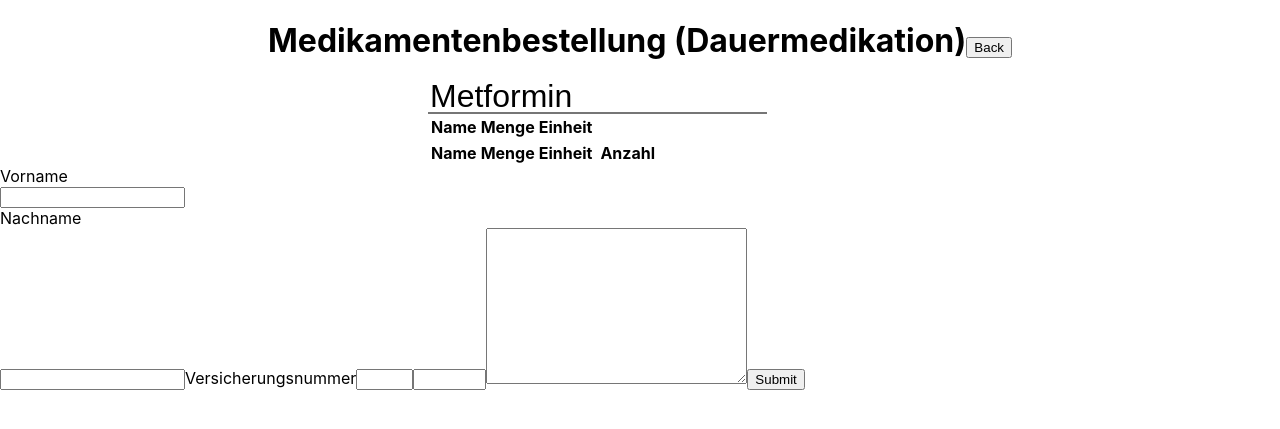
Repository: Esatollah/MedDemo
Page: / (app in client/)
The author's editor kept a copy of each file at every save. The page is drawn from the files as they stood at one save, then again after the next save.
The browser window is 1280 px wide. The pictures show the whole page.
The page's requests for data from a server got no answer. The project was rebuilt for these pictures with package versions that can differ from the ones it lists, and the page was loaded fresh each time. No one was signed in, and anything a server would have sent is missing. Also part of the build but not shown: client/src/App.css, client/src/Routes/Bestellungen.jsx.

Above is the page before, as saved 2022-06-08 16:50:01.

### client/src/App.js
import './App.css';
import SearchBar from './Routes/Search';
import {BrowserRouter, Routes, Route} from 'react-router-dom'
import Bestellungen from './Routes/Bestellungen';
import ReactModal from 'react-modal';

ReactModal.setAppElement('#root')
function App() {
  return (
    <BrowserRouter>
    <Routes>
      <Route path='/' element={<div><SearchBar/></div>}/>
      <Route path='/bestellungen' element={<div><Bestellungen/></div>}/>
    </Routes>
    </BrowserRouter>
  );
}

export default App;

### client/src/Routes/Search.jsx
import React, { useState, useEffect } from 'react'
import DrugAPI from '../api/DrugAPI';
import Form from '../components/Form';
import './Search.css'


const Search = () => {

  const [searchinput, setSearchinput] = useState("Metformin");
  const [drugs, setDrugs] = useState([]);
  const [cartitems, setCartitems] = useState([]);

  // add loading screen, maybe with loading while drugs empty
  useEffect(() => {
    const fetchData = async () => {
      try {
        const result = await DrugAPI.get(`/?drugsearch=${searchinput}`)
        setDrugs(result.data.meds)
      } catch (err) {
        console.error(err);
      }
    }

    fetchData();

  }, [searchinput])

  const handleDrugClick = (e, x) => {
    const is_in_cart = cartitems.some(y => {
      if (y.id === x.id) {
        return true;
      }

      return false;
    })

    if (is_in_cart) {
      return
    }
    let temp = { ...x, anzahl: "1" }
    setCartitems([...cartitems, temp]);
  }

  const handleDelete = (e, x, index) => {
    let temp = [...cartitems]

    temp.splice(index, 1);

    setCartitems(temp);
  }

  const handleCountchange = (e, x, index) => {
    let temps = [...cartitems]
    let temp = {
      ...temps[index],
      anzahl: e.target.value
    }
    temps[index] = temp
    setCartitems(temps);

  }


  return (
    <>
      <h1>Medikamentenbestellung (Dauermedikation)<a href='/bestellungen'><button >Back</button></a></h1>
      <div className='order-box'>
        <div className='search-box'>
          <input type="search" placeholder="Suche" id="search" value={searchinput} onChange={e => setSearchinput(e.target.value)} />
          <div className='table-box'>
            <table className='drugtable'>
              <thead>
                <tr>
                  <th scope='col'>
                    Name
                  </th>
                  <th scope='col'>Menge</th>
                  <th scope='col'>Einheit</th>
                  <th scope='col'></th>
                </tr>
              </thead>
              <tbody>
                {drugs && drugs.map((x) => {
                  return (
                    <tr key={x.id} className="drug-row" >
                      <td className={x.name}>{x.name}</td>
                      <td>{x.menge}</td>
                      <td>{x.mengenart}</td>
                      <td><button onClick={(e) => { handleDrugClick(e, x) }}>+</ button></td>
                    </tr>
                  )
                })}
              </tbody>

            </table>
          </div>

          <div>
            <table>
              <thead>
                <tr>
                  <th scope='col'>
                    Name
                  </th>
                  <th scope='col'>Menge</th>
                  <th scope='col'>Einheit</th>
                  <th scope='col'></th>
                  <th scope='col'>Anzahl</th>
                </tr>
              </thead>
              <tbody>
                {cartitems && cartitems.map((x, index) => {
                  if (x.abgabezahl) {
                    return (
                      <tr key={index} className="drug-row" >
                        <td>{x.name}</td>
                        <td>{x.menge}</td>
                        <td>{x.mengenart}</td>
                        <td><button onClick={(e) => handleDelete(e, x, index)}>-</button></td>
                        <td><select onChange={(e) => { handleCountchange(e, x, index) }}><option value="1">1</option><option value="2">2</option></select></td>
                      </tr>
                    )
                  }
                  return (
                    <tr key={index} className="drug-row" >
                      <td>{x.name}</td>
                      <td>{x.menge}</td>
                      <td>{x.mengenart}</td>
                      <td><button onClick={(e) => handleDelete(e, x, index)}>-</button></td>
                      <td>1</td>
                    </tr>
                  )
                })}
              </tbody>
            </ table>
          </div>
        </div>
      </div>

      <Form cartitems={cartitems} setCartitems={setCartitems} />
    </>
  )
}

export default Search

### client/src/api/DrugAPI.js
import axios from 'axios'

export default axios.create({
    baseURL: "http://localhost:5000/api"
})

### client/src/components/Form.jsx
import React, {useState}from 'react'
import DrugAPI from '../api/DrugAPI'

const Form = props => {

    const [fname, setFname] = useState('');
    const [lname, setLname] = useState('');
    const [vpin, setVpin] = useState('');
    const [vbday, setVbday] = useState('');
    const [anmerkungen, setAnmerkungen] = useState('');

    const handleSubmit = (e) => {

        e.preventDefault();
        const formdata = {
            fname,
            lname,
            vpin,
            vbday,
            anmerkungen
        }

        const fetchData = async () =>{
            try {
            await DrugAPI.post("/", {drugs:{...props.cartitems}, ...formdata})
            } catch (error) {
                console.error(error);
            }
    }

    fetchData();

    setFname('');setLname('');setVpin('');setVbday('');setAnmerkungen('');
    props.setCartitems([]);

}


  return (
    <div>
        <form onSubmit={(e) =>handleSubmit(e)}>
            <label htmlFor="fname">Vorname</label><br/>
            <input type="text" value={fname} id="fname" name="fname" onChange={(e)=> setFname(e.target.value)}required/><br/>
            <label htmlFor="lname">Nachname</label><br />
            <input type="text" id="lname" value={lname} onChange={(e) => setLname(e.target.value)}name="lname" required />
            <label htmlFor="pin">Versicherungsnummer</label>
            <input type="text" id="pin" value={vpin} onChange={(e) => setVpin(e.target.value)} name="pin" size="4" minLength="4"maxLength="4" required/>
            <input type="text" id="bday" value={vbday} onChange={(e) => setVbday(e.target.value)} name="bday" size="6" minLength={6} maxLength={6} required/>
            <textarea value={anmerkungen} onChange={(e) => setAnmerkungen(e.target.value)} name="message" rows="10" cols="30">
            </textarea>
            <input type="submit" value="Submit" ></input><br />
        </form>
    </div>

  )
}

export default Form

### client/src/Routes/Search.css
#search {
    width:80%;
    height: 2rem;
    outline:none;
    border-top: hidden;
    border-right: hidden;
    border-left: hidden;
    font-size: 2rem;
}

.table-box {
    max-height: 200px;
    max-width: 80%;
    min-width:80%;
    overflow-y: auto;
}

h1 {
    display:flex;
    justify-content: center;
}

.order-box {
    justify-content: center;
    display: flex;
    flex-direction: row;
}

.search-box {
    max-width:40%;
}

.drug-row:hover {
    background-color: beige;
}

Loaded but not shown: client/public/index.html (common file); client/src/index.js (common file); client/src/index.css (common file)

After the next save:
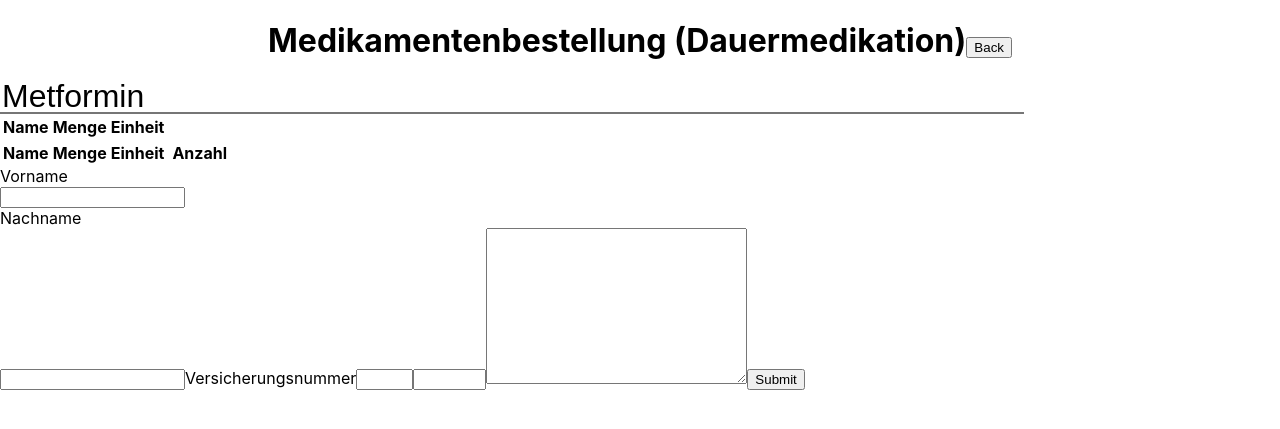
Saved 20 h 34 min later.
--- a/client/src/Routes/Search.css
+++ b/client/src/Routes/Search.css
@@ -8,7 +8,7 @@
     font-size: 2rem;
 }
 
-.table-box {
+.table-container {
     max-height: 200px;
     max-width: 80%;
     min-width:80%;
@@ -20,13 +20,13 @@ h1 {
     justify-content: center;
 }
 
-.order-box {
+.order-container {
     justify-content: center;
     display: flex;
     flex-direction: row;
 }
 
-.search-box {
+.search-container {
     max-width:40%;
 }
 

After the save that followed:
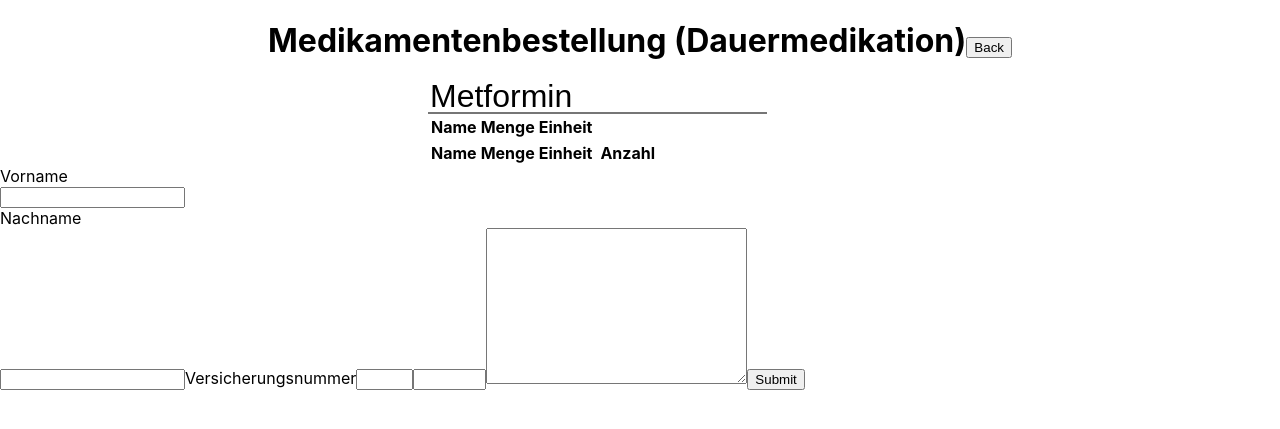
Saved 1 s later.
--- a/client/src/Routes/Search.jsx
+++ b/client/src/Routes/Search.jsx
@@ -64,10 +64,10 @@ const Search = () => {
   return (
     <>
       <h1>Medikamentenbestellung (Dauermedikation)<a href='/bestellungen'><button >Back</button></a></h1>
-      <div className='order-box'>
-        <div className='search-box'>
+      <div className='order-container'>
+        <div className='search-container'>
           <input type="search" placeholder="Suche" id="search" value={searchinput} onChange={e => setSearchinput(e.target.value)} />
-          <div className='table-box'>
+          <div className='table-container'>
             <table className='drugtable'>
               <thead>
                 <tr>
